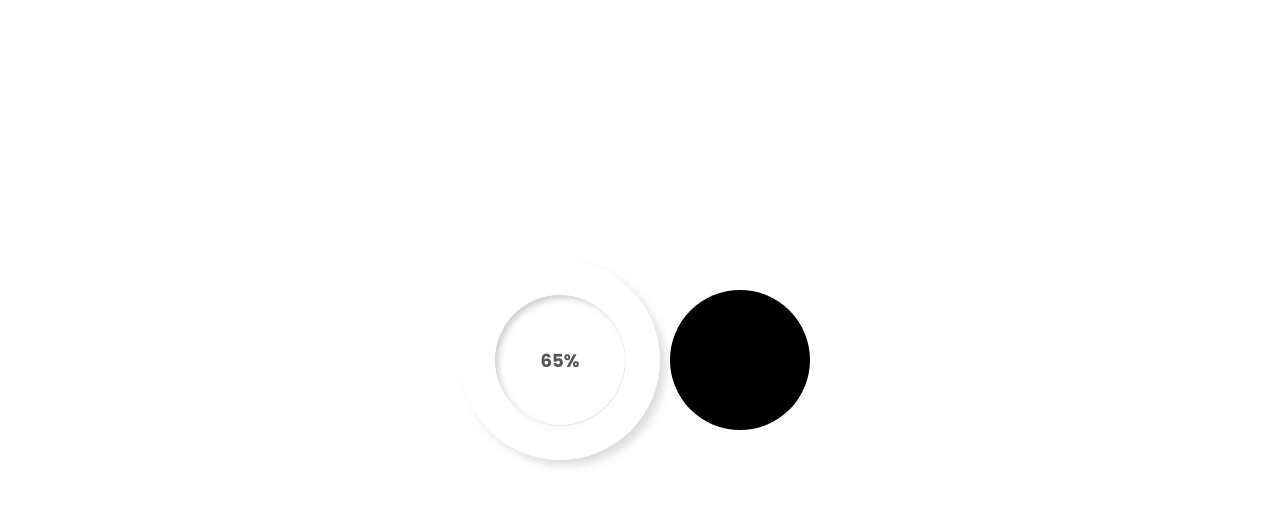
Repository: Ankitkr2021/Loader-Spinner
Page: index.html
An editor plug-in stored every save of this project. The page is shown before and after the next save, followed by the edit.
The browser window is 1280 px wide. The pictures show the whole page.

Above is the page before, as saved 2025-10-21 11:52:59.

After the next save:
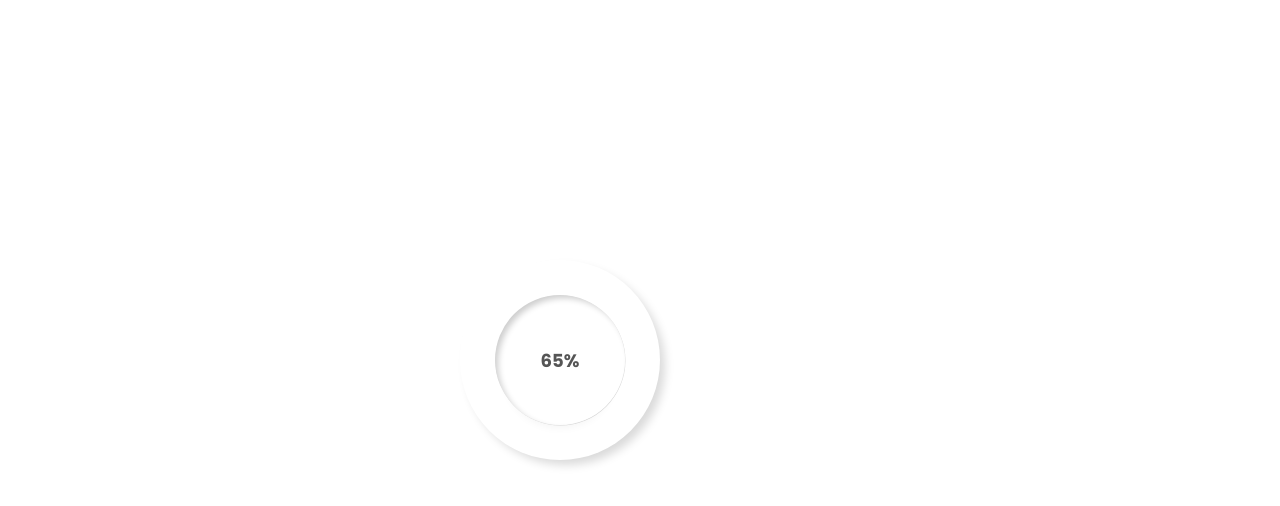
Saved 12 s later.
--- a/style.css
+++ b/style.css
@@ -45,6 +45,7 @@ body {
 }
 
 circle {
+    fill: none;
     position: relative;
     left: 10px;
     top: 100px;
